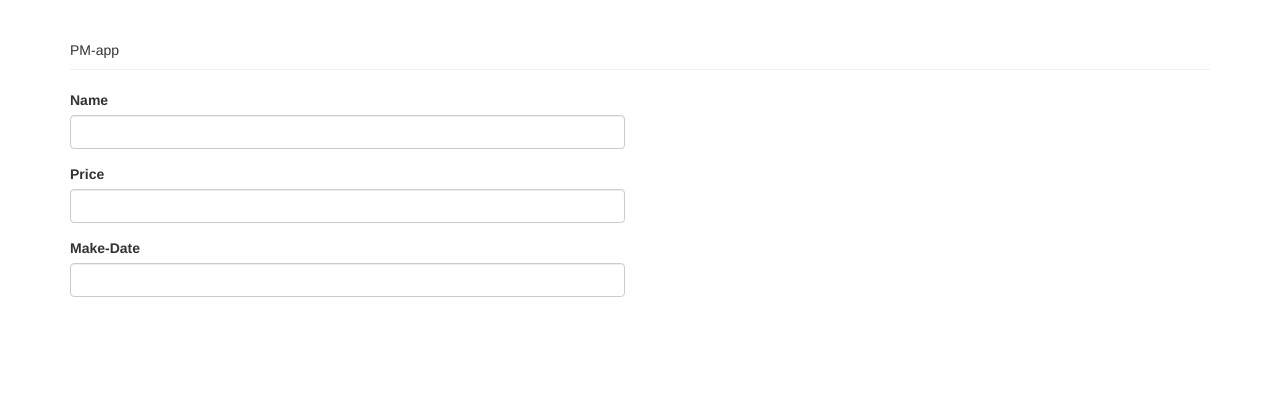
Repository: nagabhushanamn/itc-batch
Page: http://localhost/PM-v2/pm.jsp
An editor plug-in stored every save of this project. The page is shown before and after the next save, followed by the edit.
The browser window is 1280 px wide. The pictures show the whole page.
The page is served by Tomcat 9.

Above is the page before, as saved 2017-03-12 05:48:31.

After the next save:
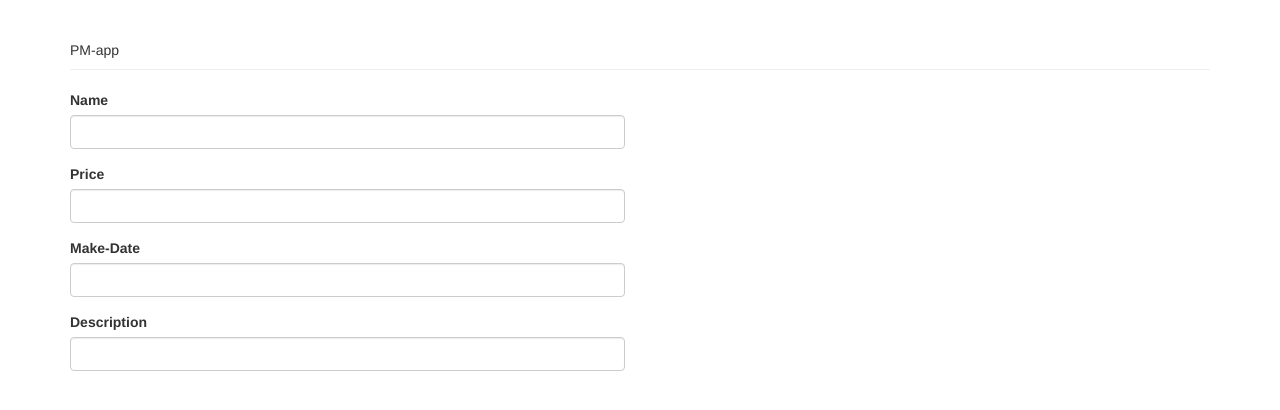
Saved 6 s later.
--- a/new/PM-v2/WebContent/pm.jsp
+++ b/new/PM-v2/WebContent/pm.jsp
@@ -26,6 +26,10 @@
 					<label>Make-Date</label>
 					<input name="makeDate" class="form-control">
 				</div>
+				<div class="form-group">
+					<label>Description</label>
+					<input name="name" class="form-control">
+				</div>
 			</form>
 
 		</div>
